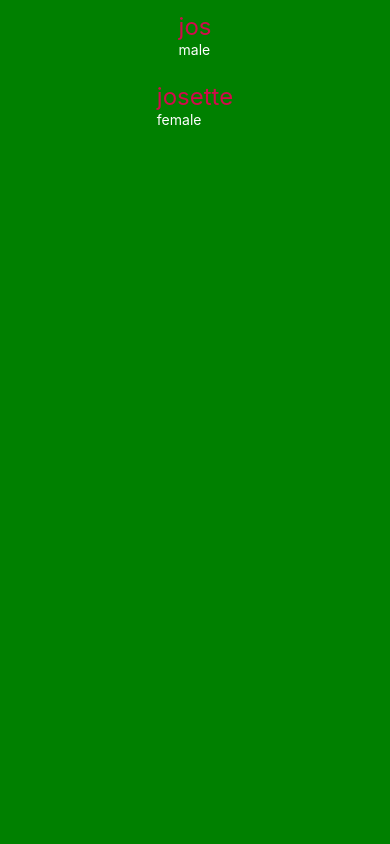
Repository: kfrancois/Bachelorproef-Apps
Screen: / (app in React Native/ListApp/.vscode/)
An editor plug-in stored every save of this project. The screen is shown before and after the next save, followed by the edit.
The app was drawn by React Native's web renderer in a window 390 px wide. The project was rebuilt for these pictures with package versions that can differ from the ones it lists, and the page was loaded fresh each time.

Above is the screen before, as saved 2018-04-23 14:55:36.

### React Native/ListApp/.vscode/App.js
import React, { Component } from 'react';
import MyListView from './src/listView';

// type Props = {};
export default class App extends Component {
  render() {
    return <MyListView />;
  }
}

### React Native/ListApp/.vscode/src/listView.js
import React, { Component } from 'react';
import { View, FlatList, Text, SafeAreaView, StyleSheet } from 'react-native';
import items from './items';
import Row from './row';

export default class MyListView extends Component {
  render() {
    return (
      <FlatList
        style={styles.idk}
        contentContainerStyle={styles.container}
        data={items}
        renderItem={data => {
          return <Row item={data.item} />;
        }}
      />
    );
  }
}

const styles = StyleSheet.create({
  idk: {
    flex: 1,
    backgroundColor: 'green'
  },
  container: {
    justifyContent: 'center',
    alignItems: 'center'
  },
  item: {
    padding: 10,
    fontSize: 18,
    height: 44
  }
});

### React Native/ListApp/.vscode/src/items.js
const items = [
  {
    key: '0',
    name: 'jos',
    gender: 'male'
  },
  {
    key: '1',
    name: 'josette',
    gender: 'female'
  }
];

export default items;

### React Native/ListApp/.vscode/src/row.js
import React from 'react';
import { View, Text, StyleSheet } from 'react-native';

const styles = StyleSheet.create({
  container: {
    flex: 1,
    padding: 12,
    flexDirection: 'column'
  },
  rowText: {
    fontSize: 14,
    color: '#fff'
  },
  rowHeading: {
    fontSize: 24,
    color: '#D20A4B'
  }
});

const Row = props => {
  const item = props.item;
  const { name, gender } = item;
  return (
    <View style={styles.container}>
      <Text style={styles.rowHeading}>{name}</Text>
      <Text style={styles.rowText}>{gender}</Text>
    </View>
  );
};

export default Row;

After the next save:
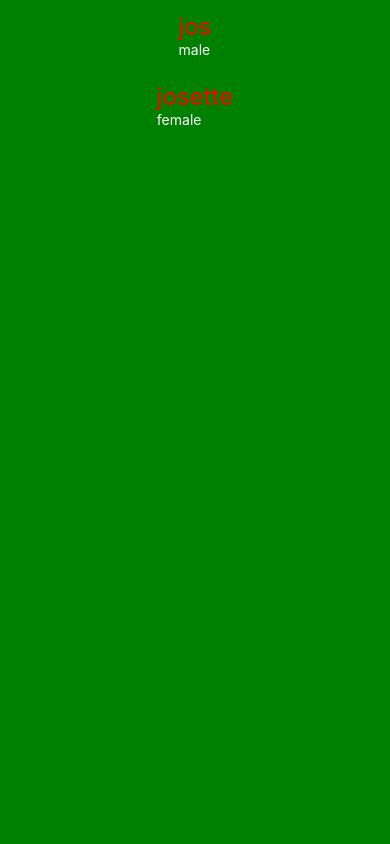
Saved 14 s later.
--- a/React Native/ListApp/.vscode/src/row.js
+++ b/React Native/ListApp/.vscode/src/row.js
@@ -13,7 +13,7 @@ const styles = StyleSheet.create({
   },
   rowHeading: {
     fontSize: 24,
-    color: '#D20A4B'
+    color: 'red'
   }
 });
 
